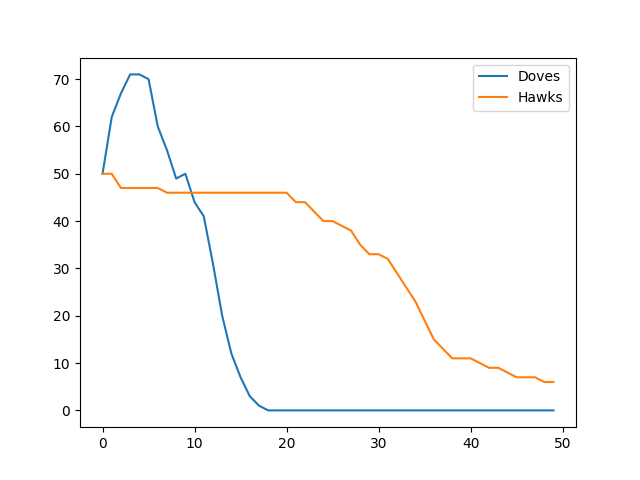
Repository: PatLaCisay/python-hawkdove-master
Script's output: python hawkdove.py
The author's editor kept a copy of each file at every save. The script's output is drawn from the files as they stood at one save, then again after the next save.
Random numbers start from a fixed seed.

Above is the script's output before, as saved 2023-03-07 15:10:33.

After the next save:
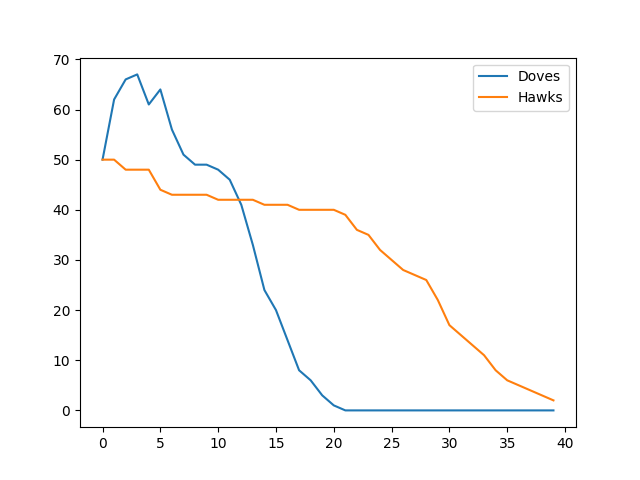
Saved 54 s later.
--- a/hawkdove.py
+++ b/hawkdove.py
@@ -10,12 +10,18 @@ STARTING_POPULATION = STARTING_HAWKS + STARTING_DOVES
 ROUNDS = 50
 STARTING_ENERGY = 100
 
-MIN_FOOD_PER_ROUND = 40
+MIN_FOOD_PER_ROUND = 20
 MAX_FOOD_PER_ROUND = 70
 
 ENERGY_REQUIRED_FOR_REPRODUCTION = 40
 ENERGY_LOSS_FROM_FIGHTING = 50
 ENERGY = 0
+
+"""
+ECO equilibrium
+
+
+"""
 
 ENERGY_REQUIRED_FOR_LIVING = 10
 
